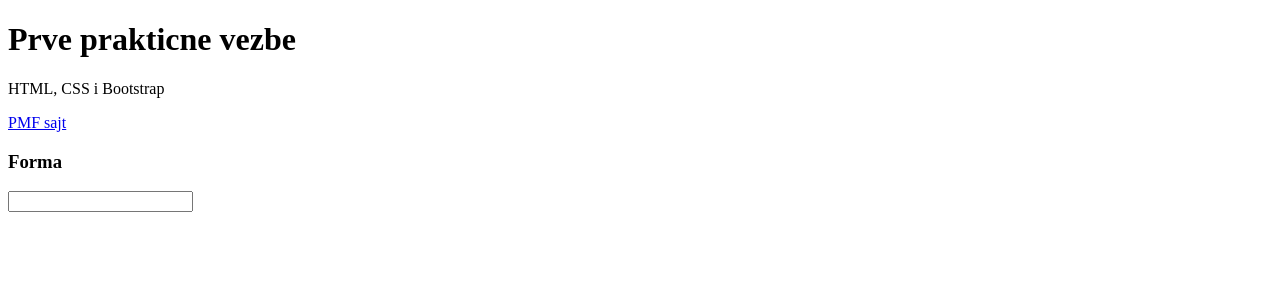
Repository: bojanludajic/Razvoj-Informacionih-Sistema
Page: Vezbe1/src/main/webapp/index.html
These files come from the project's save history. The page is drawn as it stood at one moment and after the next save; the edit follows.
The browser window is 1280 px wide. The pictures show the whole page.

Above is the page before, as saved 2024-10-22 11:34:02.

After the next save:
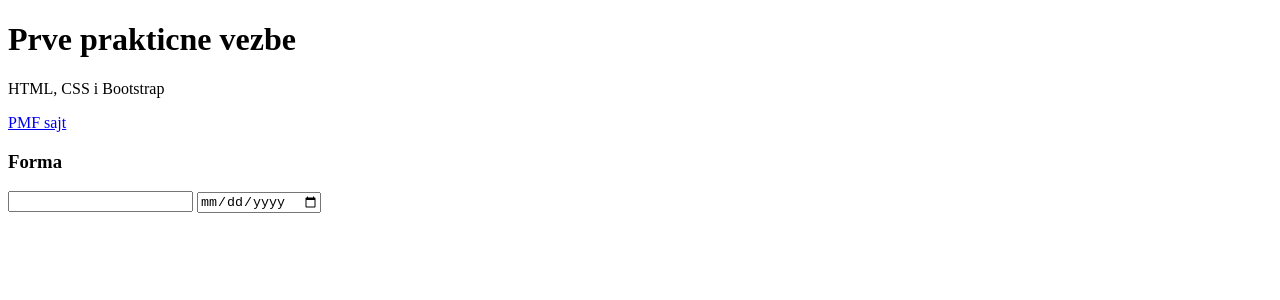
Saved 11 s later.
--- a/Vezbe1/src/main/webapp/index.html
+++ b/Vezbe1/src/main/webapp/index.html
@@ -13,6 +13,7 @@
 <h3>Forma</h3>
 <form>
 	<input type="text">
+	<input type="date">
 </form>
 </body>
 </html>
